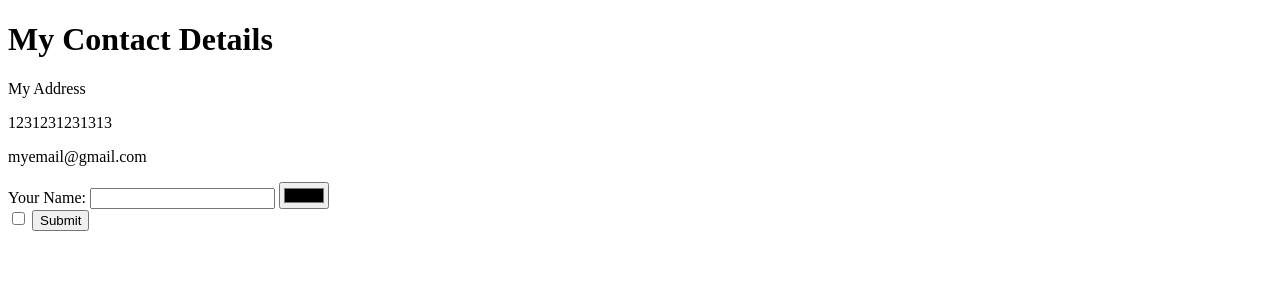
Repository: Isanderr/simple_landing_page-1
Page: contact.html
These files come from the project's save history. The page is drawn as it stood at one moment and after the next save; the edit follows.
The browser window is 1280 px wide. The pictures show the whole page.

Above is the page before, as saved 2019-01-28 23:27:04.

### contact.html
<!DOCTYPE html>
<html lang="en">

    <head>
        <meta charset="UTF-8">
        <meta name="viewport" content="width=device-width, initial-scale=1.0">
        <meta http-equiv="X-UA-Compatible" content="ie=edge">
        <title>ContactMe</title>
    </head>

    <body>
        <h1>My Contact Details</h1>
        <p>My Address</p>
        <p>1231231231313</p>
        <p>myemail@gmail.com</p>
        <form action="">
            <label for="">Your Name:</label>
            <input type="text">
            <input type="color">
            <br>
            <input type="checkbox">
            <input type="submit">
        </form>
    </body>

</html>

After the next save:
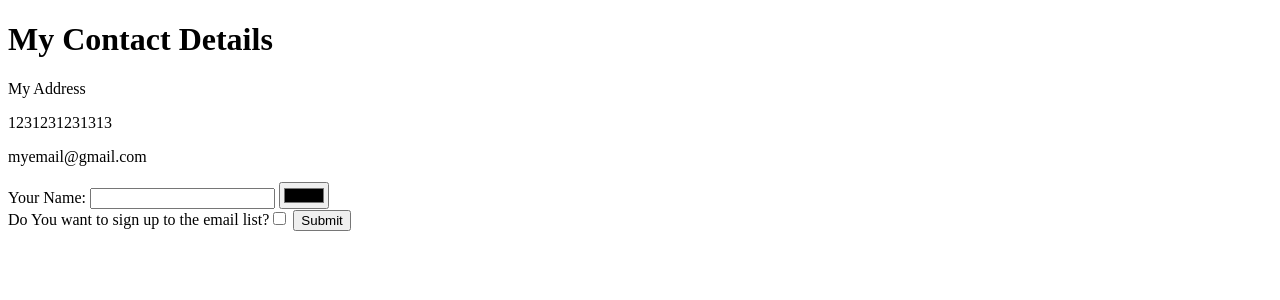
Saved 27 s later.
--- a/contact.html
+++ b/contact.html
@@ -17,8 +17,7 @@
             <label for="">Your Name:</label>
             <input type="text">
             <input type="color">
-            <br>
-            <input type="checkbox">
+            <br> Do You want to sign up to the email list?<input type="checkbox">
             <input type="submit">
         </form>
     </body>
